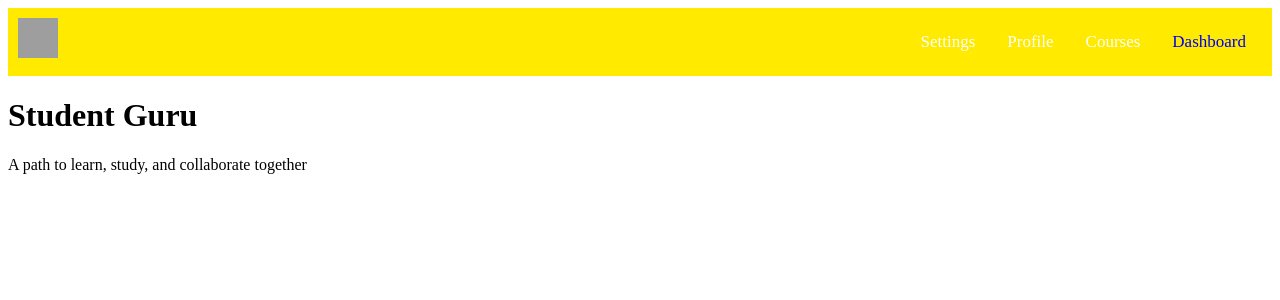
Repository: Priyadharshini-J-CSE/Intership-2025-december
Page: dashboard.html
The author's editor kept a copy of each file at every save. The page is drawn from the files as they stood at one save, then again after the next save.
The browser window is 1280 px wide. The pictures show the whole page.
Pictures or frames that could not be fetched are drawn as grey boxes.

Above is the page before, as saved 2025-12-01 14:31:15.

### dashboard.html
<!DOCTYPE html>
<html lang="en">
<head>
    <meta charset="UTF-8">
    <meta name="viewport" content="width=device-width, initial-scale=1.0">
    <title>Student Guru</title>
    <style>
        nav{
            background-color: #ffea00;
            overflow: hidden;
            padding: 10px;
        }
        img{
height: 40px;
width: 40px;
        }
        a{
            float: right;
            text-align: center;
            padding: 14px 16px;
            text-decoration: none;
            font-size: 17px;
        }
    </style>
</head>
<nav>
    <img src="https://i.pinimg.com/474x/4d/b9/82/4db98275977a6216bdddfdbc390d7e37.jpg" alt="logo">
    <a href="dashboard.html" >Dashboard</a>
    <a href="courses.html"style="color: white;" >Courses</a>
    <a href="profile.html" style="color: white;">Profile</a>
    <a href="settings.html" style="color: white">Settings</a>
</nav>
<body>

    <h1>Student Guru</h1>
    <p>A path to learn, study, and collaborate together </p>

</body>
</html>

After the next save:
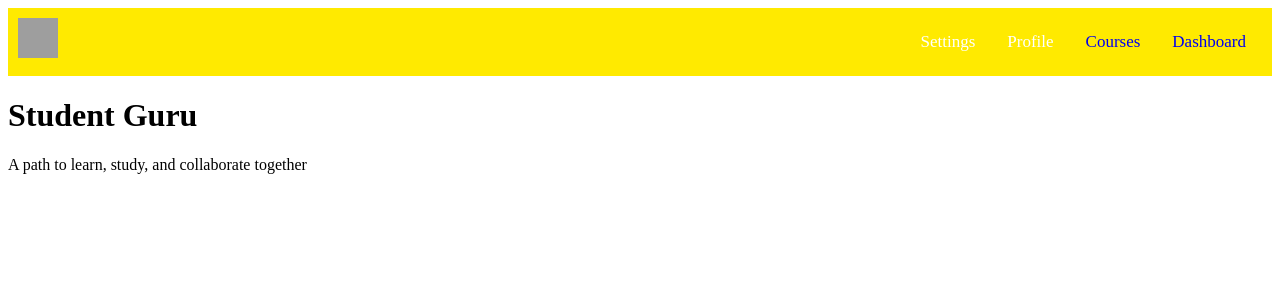
Saved 8 s later.
--- a/dashboard.html
+++ b/dashboard.html
@@ -26,7 +26,7 @@
 <nav>
     <img src="https://i.pinimg.com/474x/4d/b9/82/4db98275977a6216bdddfdbc390d7e37.jpg" alt="logo">
     <a href="dashboard.html" >Dashboard</a>
-    <a href="courses.html"style="color: white;" >Courses</a>
+    <a href="courses.html" >Courses</a>
     <a href="profile.html" style="color: white;">Profile</a>
     <a href="settings.html" style="color: white">Settings</a>
 </nav>
